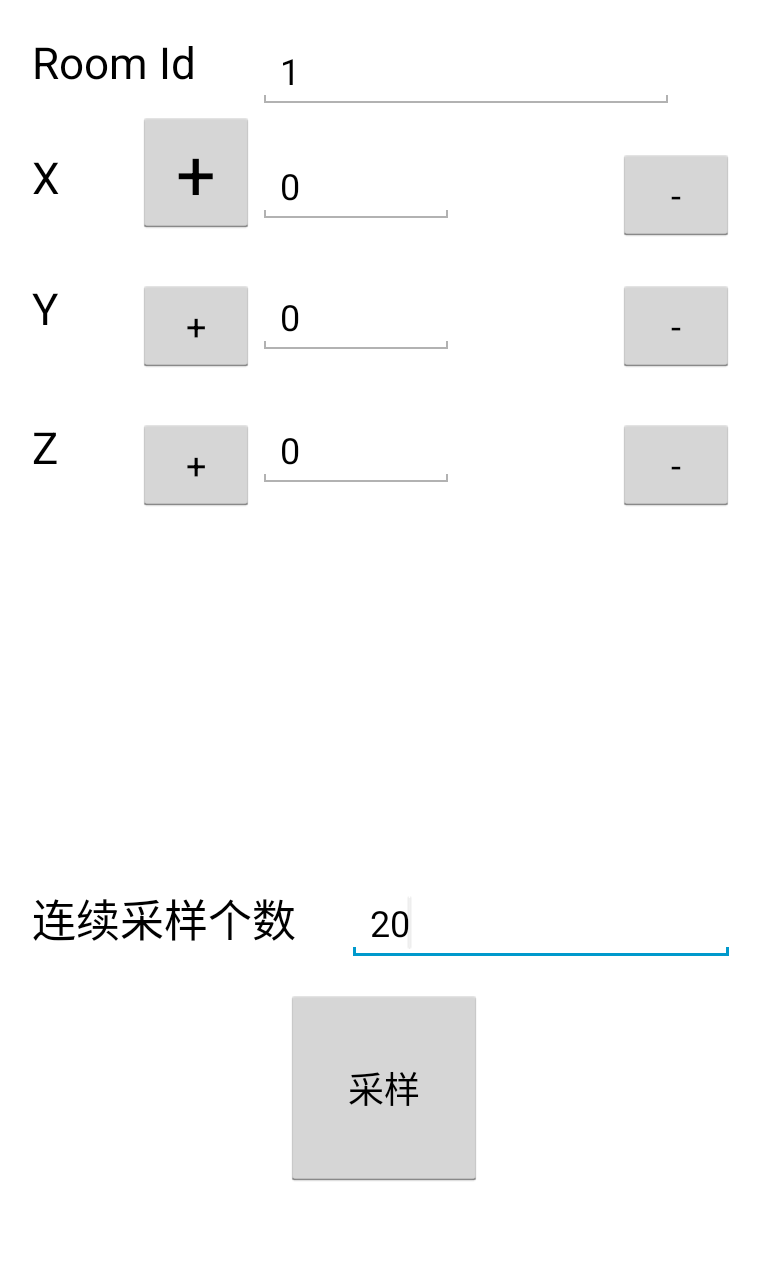
Repository: RenchuSong/tMap_Android
Layout: tmap_model_tool/res/layout/wifi_conllector.xml
The author's editor kept a copy of each file at every save. The layout is drawn from the files as they stood at one save, then again after the next save.
It is drawn on a 768 x 1280 px phone screen (xhdpi) without system bars, with theme AppTheme; the app's code is not run.

Above is the layout before, as saved 2014-04-20 12:32:11.

After the next save:
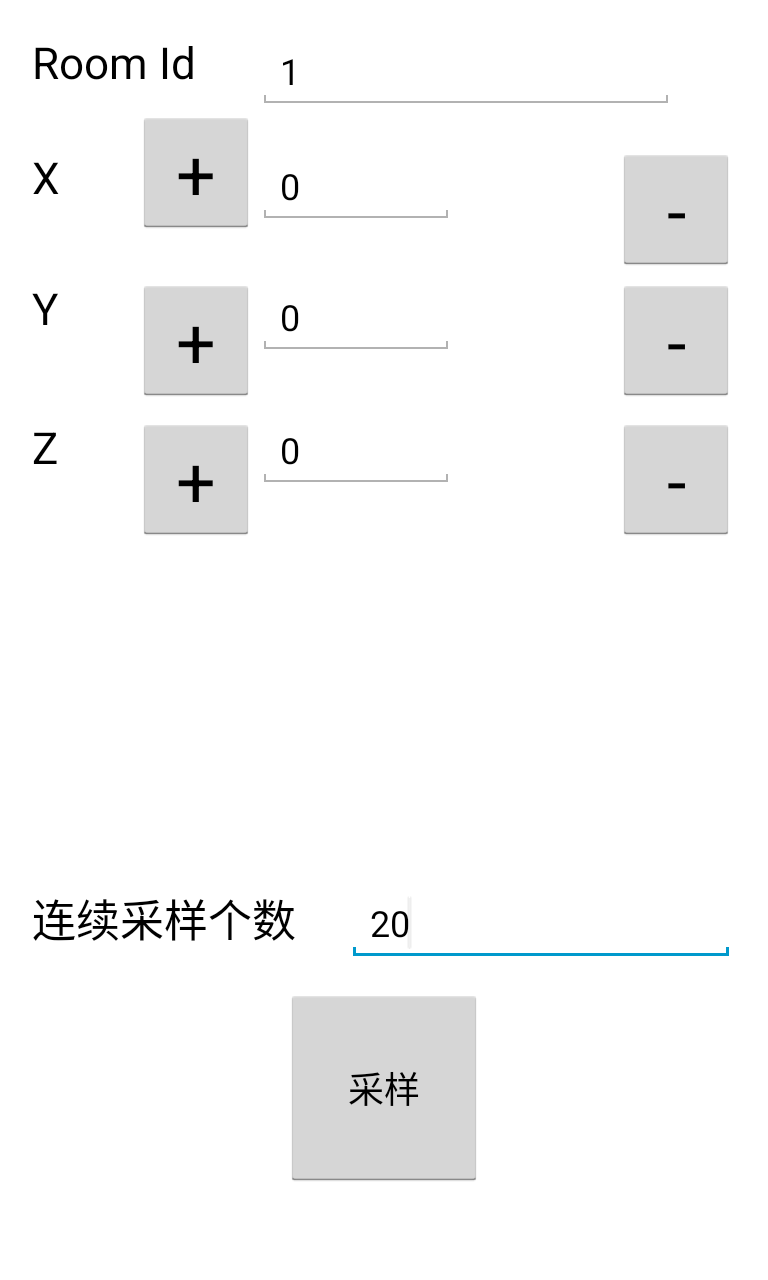
Saved 24 s later.
--- a/tmap_model_tool/res/layout/wifi_conllector.xml
+++ b/tmap_model_tool/res/layout/wifi_conllector.xml
@@ -113,6 +113,7 @@
         android:layout_height="wrap_content"
         android:layout_alignLeft="@+id/up_x"
         android:layout_alignTop="@+id/y"
+        android:textSize="35sp"
         android:text="+" />
 
     <Button
@@ -121,6 +122,7 @@
         android:layout_height="wrap_content"
         android:layout_alignLeft="@+id/up_y"
         android:layout_alignTop="@+id/textView4"
+        android:textSize="35sp"
         android:text="+" />
 
     <Button
@@ -129,6 +131,7 @@
         android:layout_height="wrap_content"
         android:layout_alignParentRight="true"
         android:layout_alignTop="@+id/x"
+        android:textSize="35sp"
         android:text="-" />
 
     <Button
@@ -137,6 +140,7 @@
         android:layout_height="wrap_content"
         android:layout_alignParentRight="true"
         android:layout_alignTop="@+id/y"
+        android:textSize="35sp"
         android:text="-" />
 
     <Button
@@ -146,6 +150,7 @@
         android:layout_alignBaseline="@+id/up_z"
         android:layout_alignBottom="@+id/up_z"
         android:layout_alignLeft="@+id/down_y"
+        android:textSize="35sp"
         android:text="-" />
 
     <TextView
